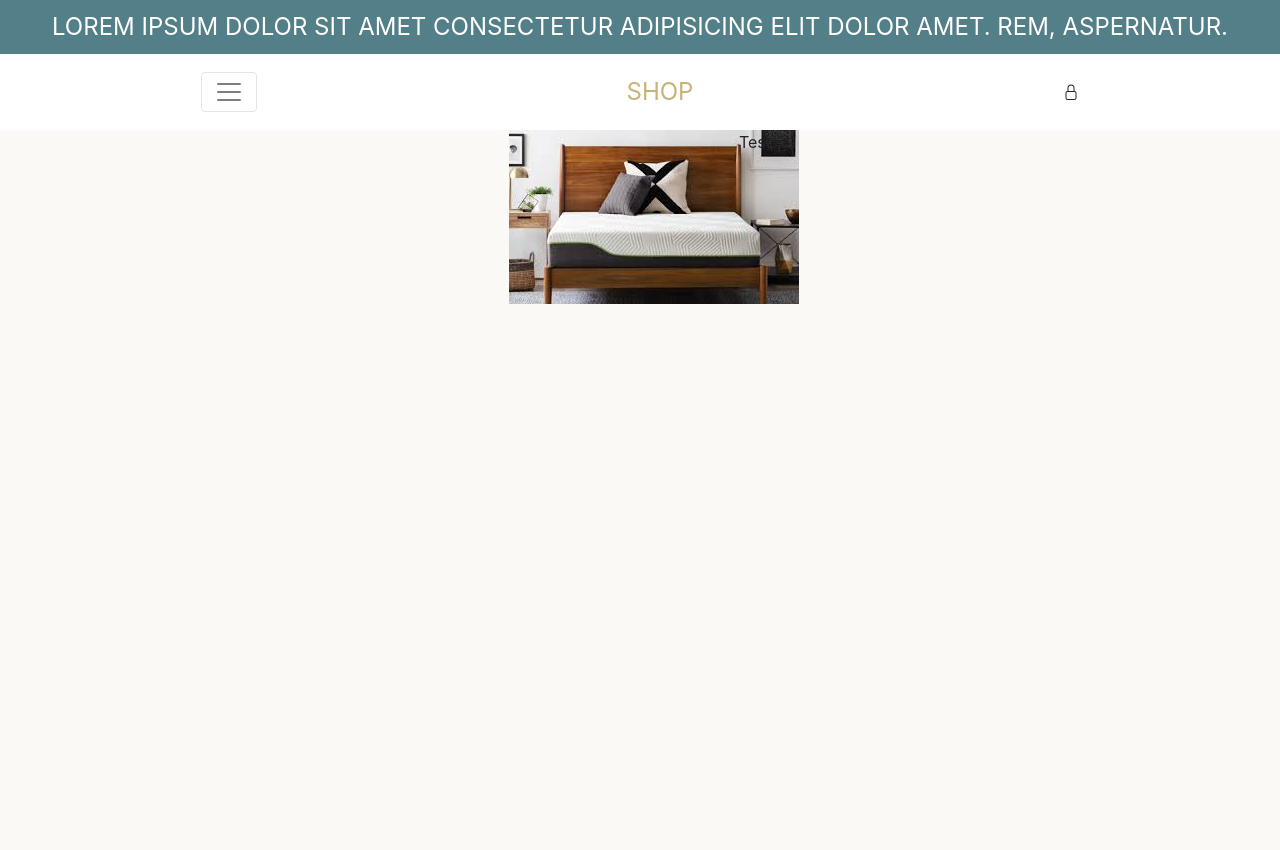
Repository: DaNiels89/frontendassignmentbogbootcamp
Page: index.html
An editor plug-in stored every save of this project. The page is shown before and after the next save, followed by the edit.
The browser window is 1280 px wide. The pictures show the whole page.

Above is the page before, as saved 2020-03-19 18:19:44.

After the next save:
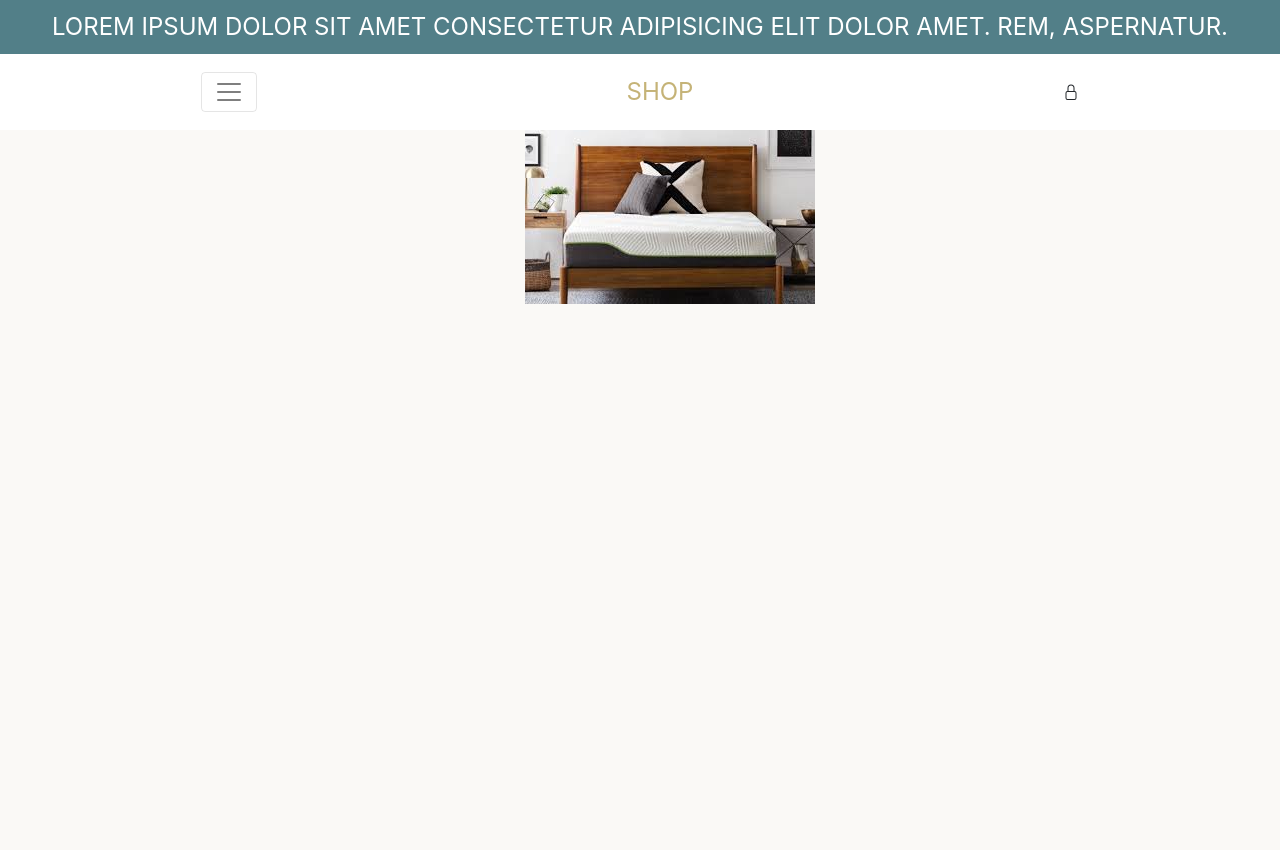
Saved 9 s later.
--- a/index.html
+++ b/index.html
@@ -60,7 +60,7 @@
     <div class="carousel-outer-div">
       <div class="carousel-inner-div">
         <div class="get-image"><img src="img/bed1.jpeg" alt="" /></div>
-        <div class="right-carousel">Test</div>
+        <div class="right-carousel"></div>
       </div>
     </div>
   </body>

After the save that followed:
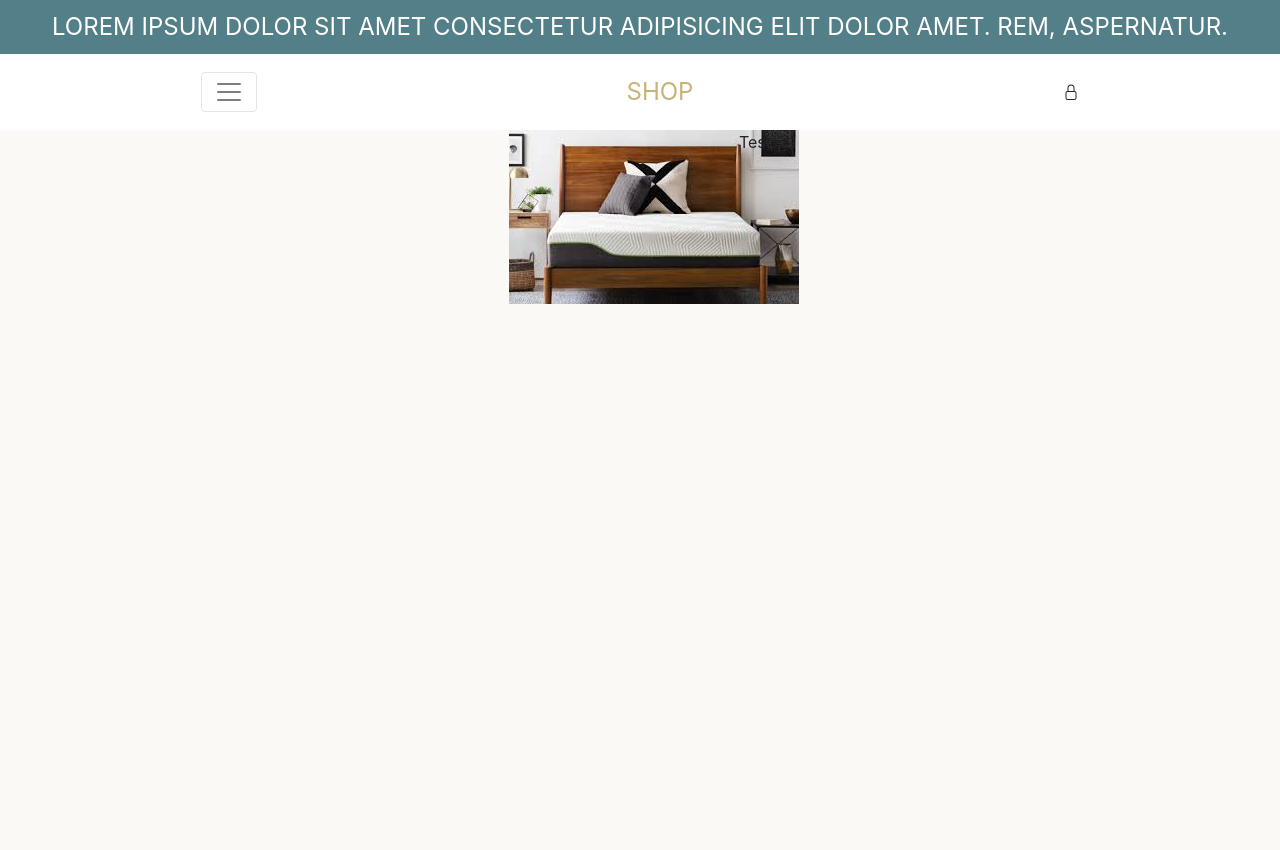
Saved 21 s later.
--- a/index.html
+++ b/index.html
@@ -60,7 +60,7 @@
     <div class="carousel-outer-div">
       <div class="carousel-inner-div">
         <div class="get-image"><img src="img/bed1.jpeg" alt="" /></div>
-        <div class="right-carousel"></div>
+        <div class="right-carousel">Test</div>
       </div>
     </div>
   </body>
